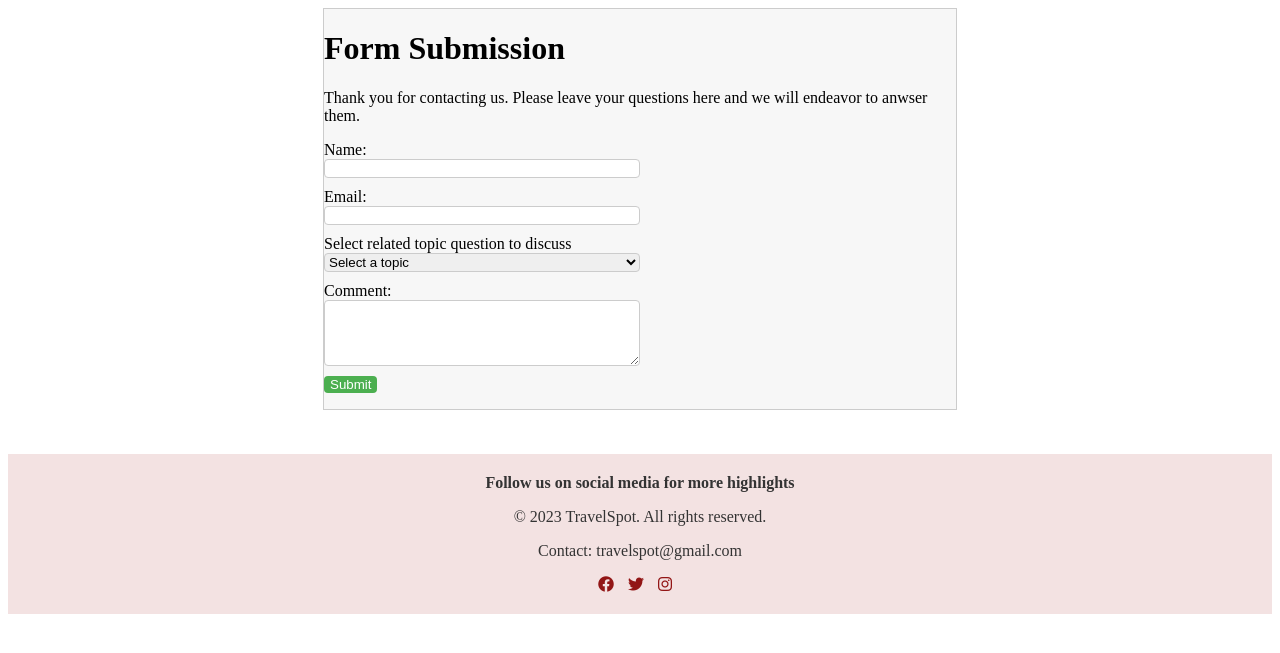
Repository: vRia4/INST728J-Victoria-Nathaniel
Page: Project/info.html
These files come from the project's save history. The page is drawn as it stood at one moment and after the next save; the edit follows.
The browser window is 1280 px wide. The pictures show the whole page.

Above is the page before, as saved 2023-08-11 15:43:09.

After the next save:
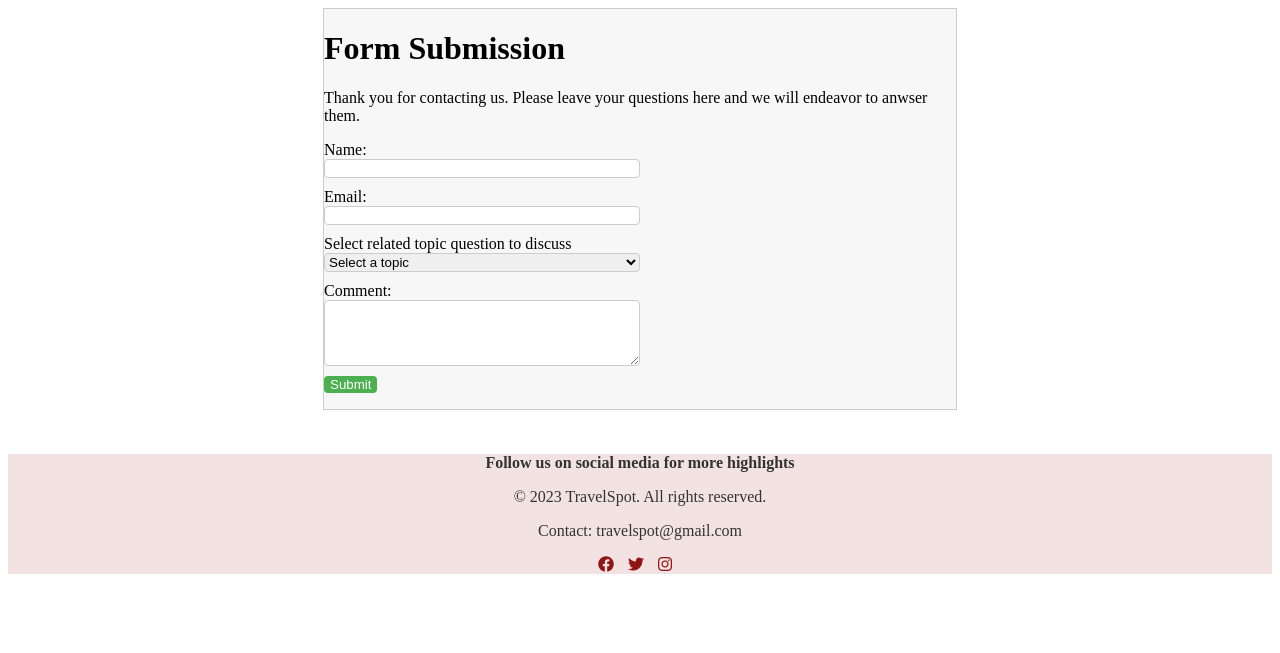
Saved 27 s later.
--- a/Project/info.html
+++ b/Project/info.html
@@ -142,7 +142,7 @@
             </form>
         </div>
 
-		<footer align="center" style="margin-top: 3.5%; padding: 20px; color: #333;">
+		<footer align="center" style="margin-top: 3.5%; color: #333;">
 			<div><strong>Follow us on social media for more highlights</strong></div>
 			<p>&copy; 2023 TravelSpot. All rights reserved.</p>
 			<p>Contact: travelspot@gmail.com</p>

After the save that followed:
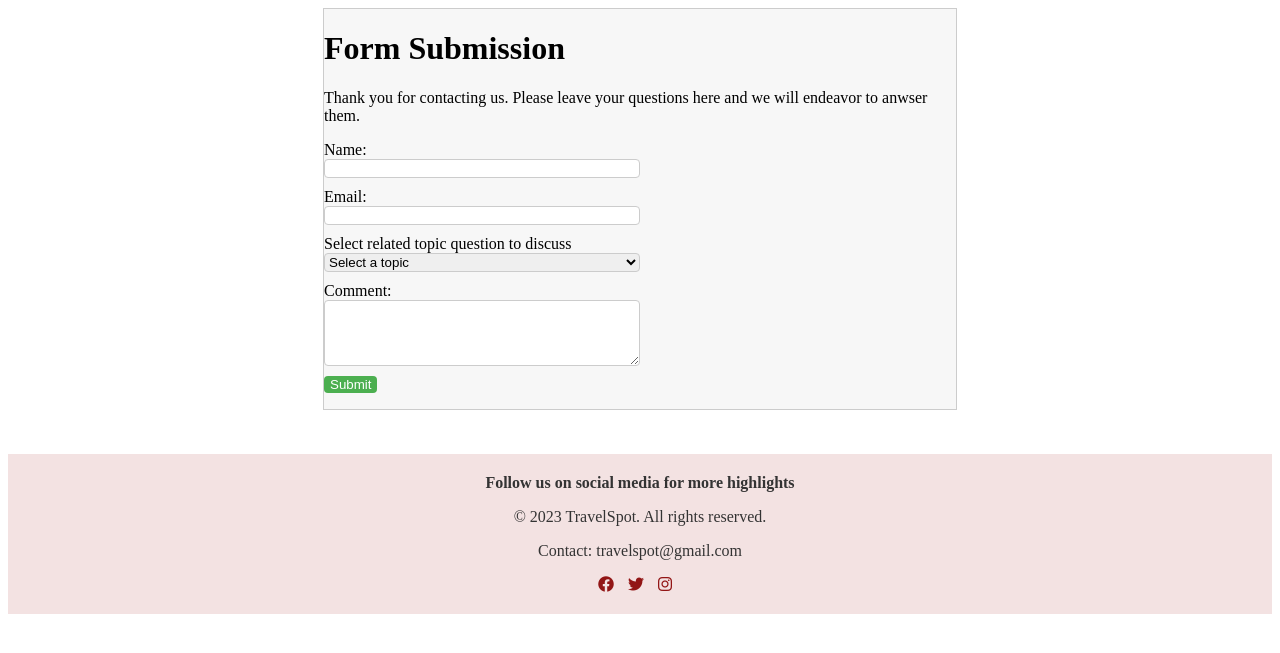
Saved 3 min 30 s later.
--- a/Project/info.html
+++ b/Project/info.html
@@ -142,7 +142,7 @@
             </form>
         </div>
 
-		<footer align="center" style="margin-top: 3.5%; color: #333;">
+		<footer align="center" style="margin-top: 3.5%; padding: 20px; color: #333;">
 			<div><strong>Follow us on social media for more highlights</strong></div>
 			<p>&copy; 2023 TravelSpot. All rights reserved.</p>
 			<p>Contact: travelspot@gmail.com</p>
